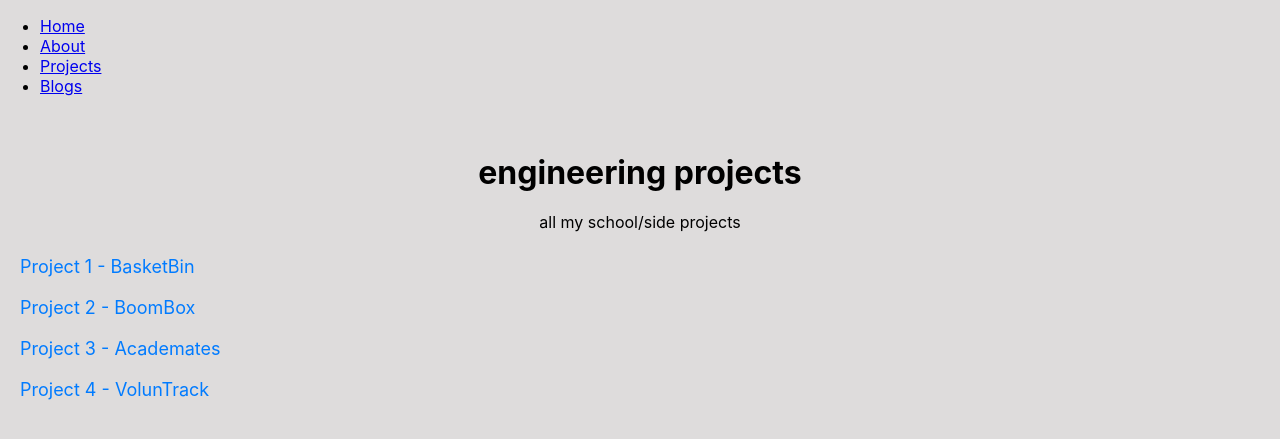
Repository: nicholaschen09/personalWebsite
Page: /projects/engineering
The author's editor kept a copy of each file at every save. The page is drawn from the files as they stood at one save, then again after the next save.
The browser window is 1280 px wide. The pictures show the whole page.
The project was rebuilt for these pictures with package versions that can differ from the ones it lists, and the page was loaded fresh each time. Also part of the build but not shown: src/components/About.css, src/components/About.js, src/components/Home.js, src/components/Projects.css, src/components/Projects.js, src/components/Blog.css, src/components/Blog.js, src/components/Miscellaneous.css and 3 more.

Above is the page before, as saved 2024-08-10 08:53:27.

### src/App.js
import React from 'react';
import { BrowserRouter as Router, Route, Routes, Link } from 'react-router-dom';
import About from './components/About.js';
import Home from './components/Home.js';
import Projects from './components/Projects.js';
import Blog from './components/Blog.js';
import Miscellaneous from './components/Miscellaneous.js';
import Design from './components/Design.js';
import Engineering from './components/Engineering.js';

function App() {
  return (
    <Router>
      <div>
        <nav>
          <ul>
            <li>
              <Link to="/">Home</Link>
            </li>
            <li>
              <Link to="/about">About</Link>
            </li>
            <li>
              <Link to="/projects">Projects</Link>
            </li>
            <li>
              <Link to="/blogs">Blogs</Link>
            </li>
          </ul>
        </nav>

        <Routes>
          <Route path="/about" element={<About />} />
          <Route path="/" element={<Home />} />
          <Route path="/projects" element={<Projects />} />
          <Route path="/blogs" element={<Blog />} />
          <Route path="/projects/miscellaneous" element={<Miscellaneous />} />
          <Route path="/projects/design" element={<Design />} />
          <Route path="/projects/engineering" element={<Engineering />} />
        </Routes>
      </div>
    </Router>
  );
}

export default App;

### src/components/Engineering.js
import React from 'react';
import './Engineering.css'; // Ensure you have this CSS file in your project

const Engineering = () => {
    return (
        <div className="engineering">
            <h1>engineering projects</h1>
            <p>all my school/side projects</p>
            <div className="projects-container">
                <a href="/project1" className="project">Project 1 - BasketBin</a>
                <a href="/project2" className="project">Project 2 - BoomBox</a>
                <a href="/project3" className="project">Project 3 - Academates</a>
                <a href="/project4" className="project">Project 4 - VolunTrack</a>
                {/* Add more projects as needed */}
            </div>
        </div>
    );
};

export default Engineering;

### src/components/Home.css
/* src/components/Home/Home.css */
.home {
    text-align: center;
    padding: 100px;
    width: 700px;
    margin-left: auto;
    margin-right: auto;
}

body {
    background-color: rgb(222, 220, 220);
}

.DinnerImage {
    width: 70%;
    height: 70%;
    margin-left: auto;
    margin-right: auto;
    display: block;
}
p {
    line-height: 1;
}

### src/components/Engineering.css
.engineering {
    text-align: center;
    padding: 20px;
}

.projects-container {
    display: flex;
    flex-direction: column; /* Aligns projects in a single column */
    align-items: start; /* Aligns projects to the start of the container */
    padding: 0;
}

.project {
    margin: 10px 0; /* Adds vertical spacing between projects */
    color: #007bff; /* Example link color, adjust as needed */
    text-decoration: none; /* Removes underline from links */
    font-size: 18px; /* Adjust font size as needed */
}

.project:hover {
    text-decoration: underline; /* Adds underline on hover for visual feedback */
}

Loaded but not shown: public/index.html (common file); src/index.js (common file); src/index.css (common file); src/reportWebVitals.js (common file)

After the next save:
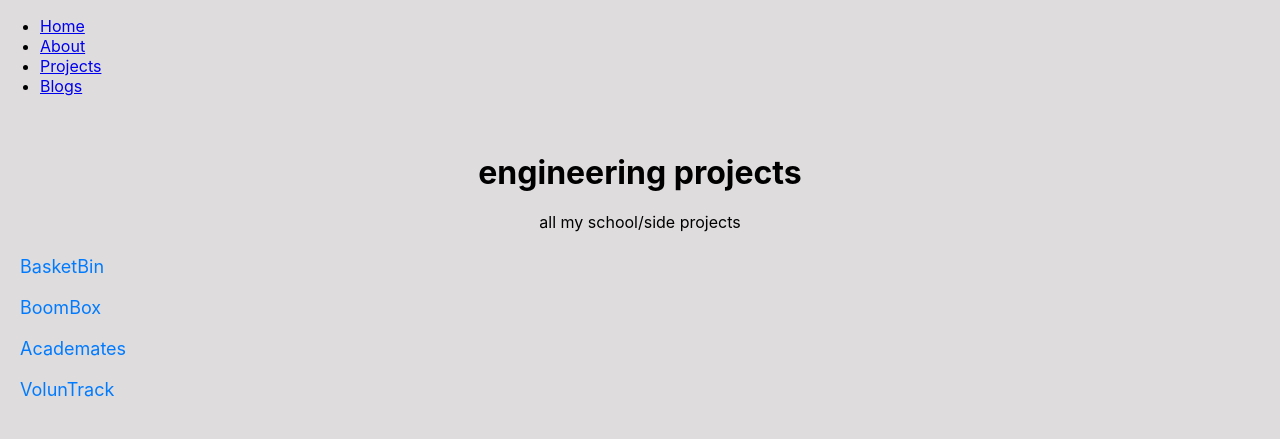
Saved 34 s later.
--- a/src/components/Engineering.js
+++ b/src/components/Engineering.js
@@ -7,10 +7,10 @@ const Engineering = () => {
             <h1>engineering projects</h1>
             <p>all my school/side projects</p>
             <div className="projects-container">
-                <a href="/project1" className="project">Project 1 - BasketBin</a>
-                <a href="/project2" className="project">Project 2 - BoomBox</a>
-                <a href="/project3" className="project">Project 3 - Academates</a>
-                <a href="/project4" className="project">Project 4 - VolunTrack</a>
+                <a href="/project1" className="project">BasketBin</a>
+                <a href="/project2" className="project">BoomBox</a>
+                <a href="/project3" className="project">Academates</a>
+                <a href="/project4" className="project">VolunTrack</a>
                 {/* Add more projects as needed */}
             </div>
         </div>
